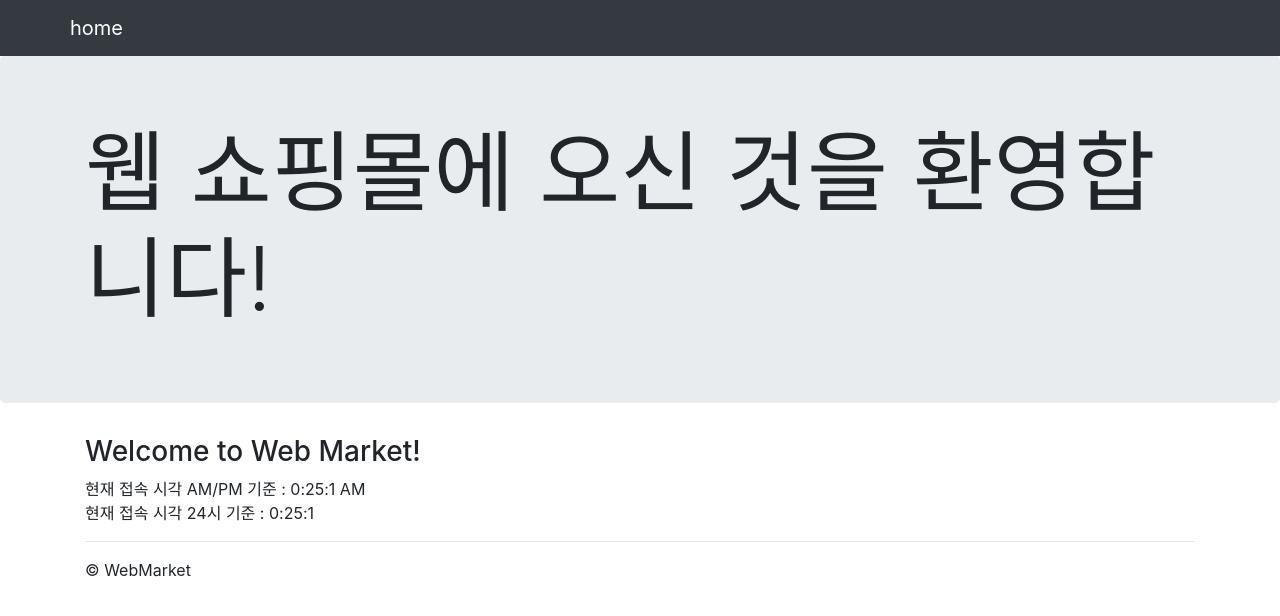
Repository: realseungju/JSP
Page: http://localhost/WebMarket/web_front_page.jsp
An editor plug-in stored every save of this project. The page is shown before and after the next save, followed by the edit.
The browser window is 1280 px wide. The pictures show the whole page.
The page is served by Tomcat 9.

Above is the page before, as saved 2021-11-22 03:19:44.

### JSP_Work/WebMarket/WebContent/web_front_page.jsp
<%@ page language="java" contentType="text/html; charset=utf-8" pageEncoding="utf-8"%>
<%@ page import = "java.util.Date"%>
<html>
<head>
<link rel="stylesheet" href="https://maxcdn.bootstrapcdn.com/bootstrap/4.0.0/css/bootstrap.min.css">
<title>Welcome</title>
</head>
<body>
	<nav class="navbar navbar-expand navbar-dark bg-dark">
		<div class="container">
			<div class="navbar-header">
				<a class="navbar-brand" href="./welcome.jsp"> home </a>
			</div>
		</div>
	</nav>

	<%!
		String greeting = "웹 쇼핑몰에 오신 것을 환영합니다!";
		String tagline = "Welcome to Web Market!";
	 %>

	 <div class="jumbotron">
	 	<div class="container">
	 		<h1 class="display-2">
	 			<%=greeting%>
	 		</h1>
	 	</div>
	 </div>

	 <main role="main">
	 	<div class="container">
	 		<div class="text-left">
	 			<h3>
	 				<%=tagline%>
	 			</h3>

	 			<%
	 				Date day = new java.util.Date();
	 				String am_pm;
	 				int hour = day.getHours();
	 				int hour2 = day.getHours();
	 				int min = day.getMinutes();
	 				int sec = day.getSeconds();
	 				if (hour / 12 == 0)
	 				{
	 					am_pm = "AM";
	 				}
	 				else
	 				{
	 					am_pm = "PM";
	 					hour = hour - 12;
	 				}
	 				String CT = hour + ":" + min + ":" + sec + " " + am_pm;

	 				out.println("현재 접속 시각 AM/PM 기준 : " + CT + "<br>");

	 				String CT2 = hour2 + ":" + min + ":" + sec + " ";

	 				out.println("현재 접속 시각 24시 기준 : " + CT2 + "<br>");

	 			%>
	 		</div>
	 		<hr>
	 	</div>
	 </main>
	 <footer class="container">
	 	<p>&copy; WebMarket</p>
	 </footer>
</body>
</html>

After the next save:
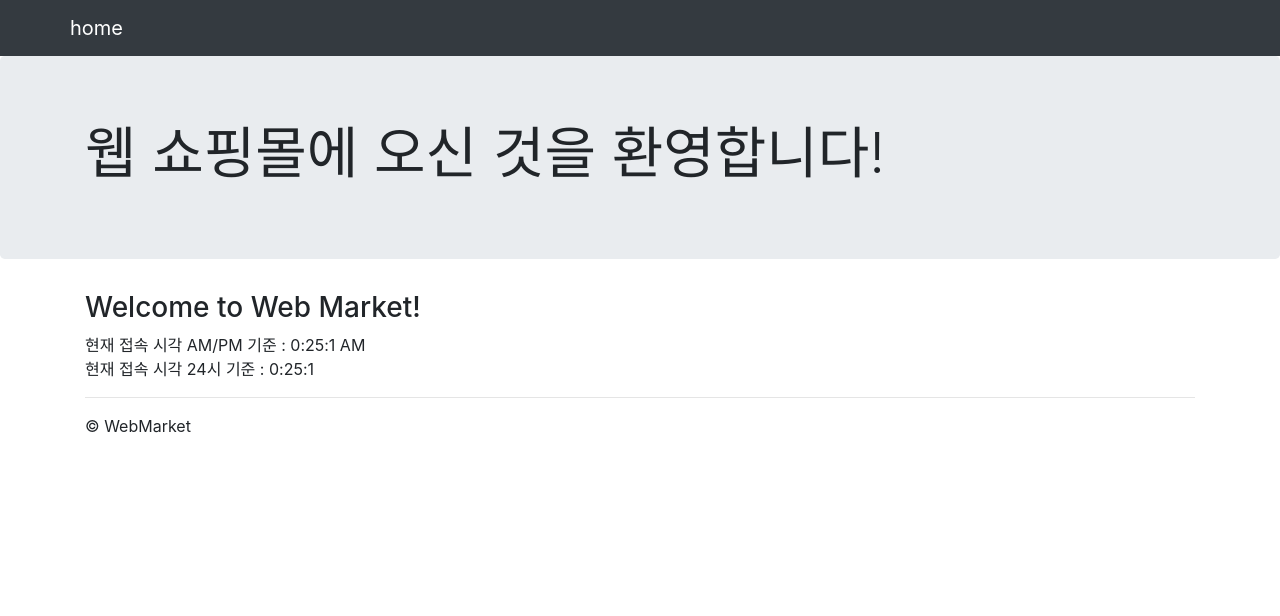
Saved 9 s later.
--- a/JSP_Work/WebMarket/WebContent/web_front_page.jsp
+++ b/JSP_Work/WebMarket/WebContent/web_front_page.jsp
@@ -21,7 +21,7 @@
 
 	 <div class="jumbotron">
 	 	<div class="container">
-	 		<h1 class="display-2">
+	 		<h1 class="display-4">
 	 			<%=greeting%>
 	 		</h1>
 	 	</div>
